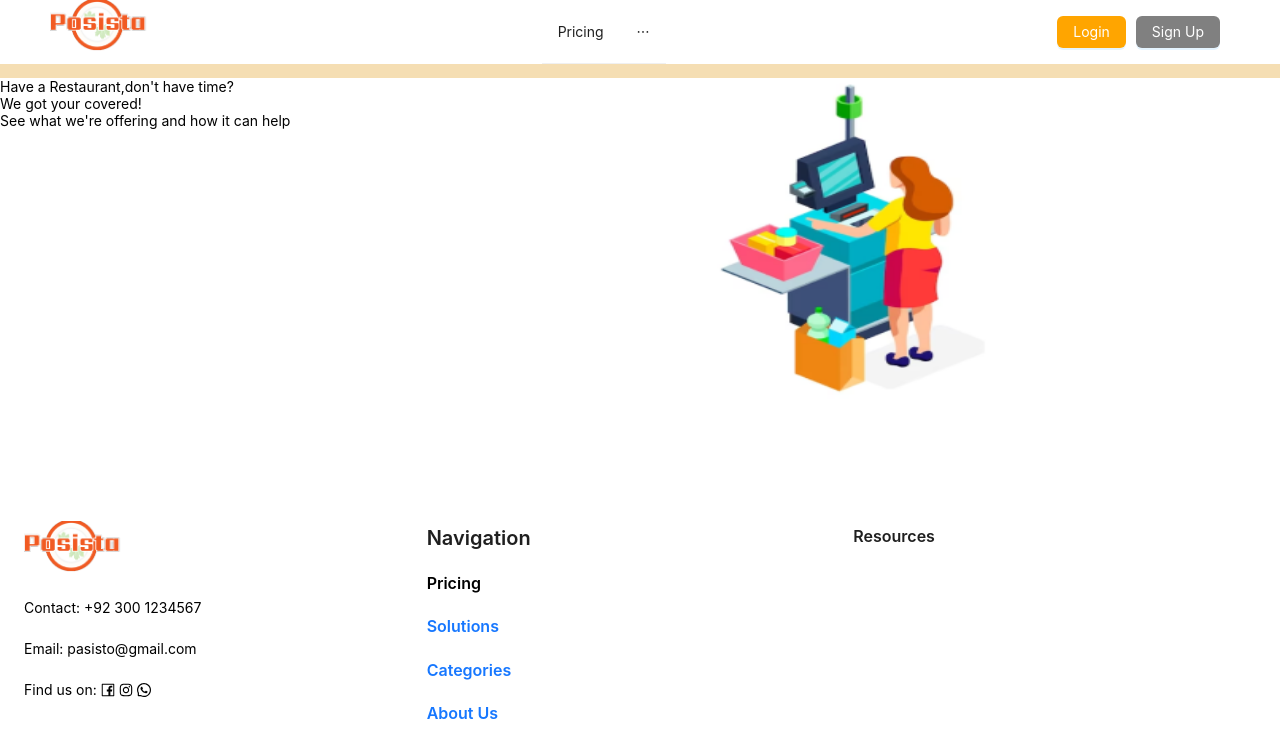
Repository: usmanarshad90/Posista
Page: / (app in test/)
These files come from the project's save history. The page is drawn as it stood at one moment and after the next save; the edit follows.
The browser window is 1280 px wide. The pictures show the whole page.
The project was rebuilt for these pictures with package versions that can differ from the ones it lists, and the page was loaded fresh each time. Also part of the build but not shown: test/src/components/Pricing/Pricing.jsx, test/src/components/Solution/Solutions.jsx, test/src/components/About/AboutUs.jsx, test/src/components/login/login.jsx, test/src/components/signup/signup.jsx.

Above is the page before, as saved 2023-11-28 14:35:51.

After the next save:
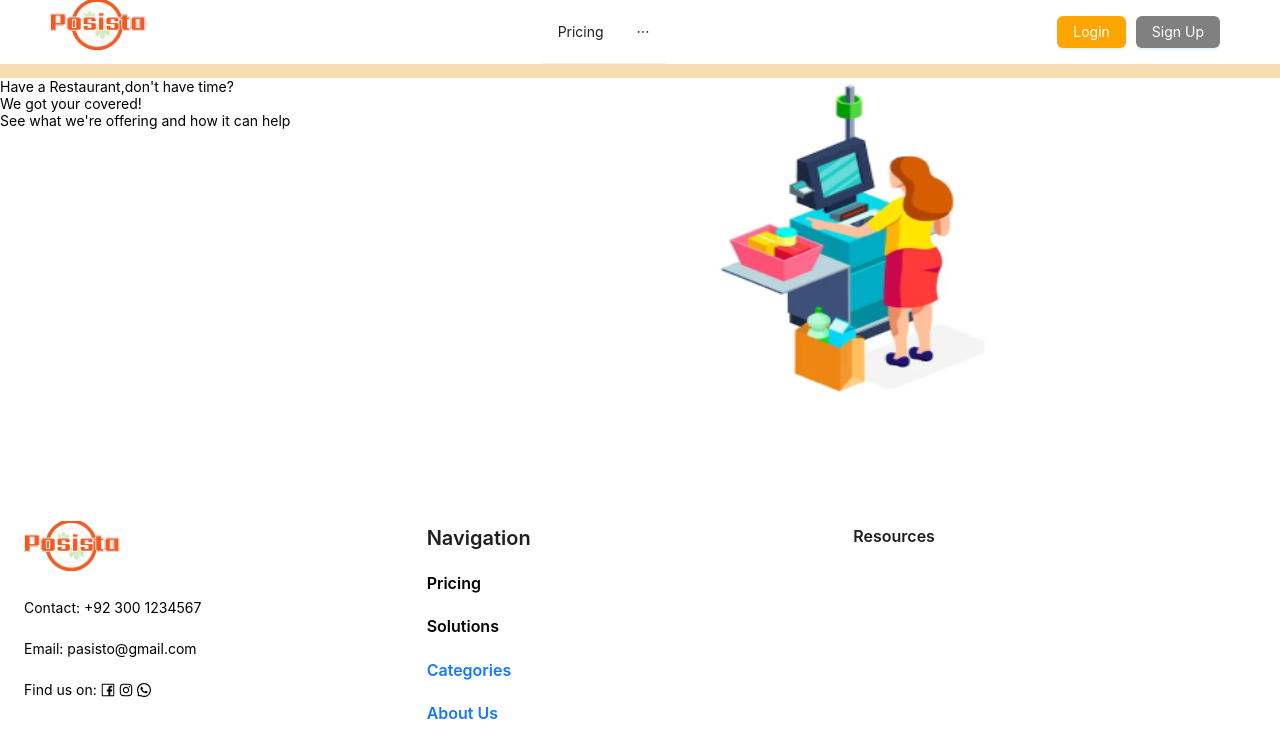
Saved 4 s later.
--- a/test/src/components/Footer/Footer.jsx
+++ b/test/src/components/Footer/Footer.jsx
@@ -41,7 +41,7 @@ const Footer = () => {
       <Link to={'/pricing'} style={{color:'black'}}>Pricing</Link> </Typography.Title>
 
       <Typography.Title level={5}>
-      <Link to={'/solution'} >Solutions</Link></Typography.Title>
+      <Link to={'/solution'} style={{color:'black'}}>Solutions</Link></Typography.Title>
       <Typography.Title level={5}>
       <Link to={'/about'} >Categories</Link></Typography.Title>
       <Typography.Title level={5}>
